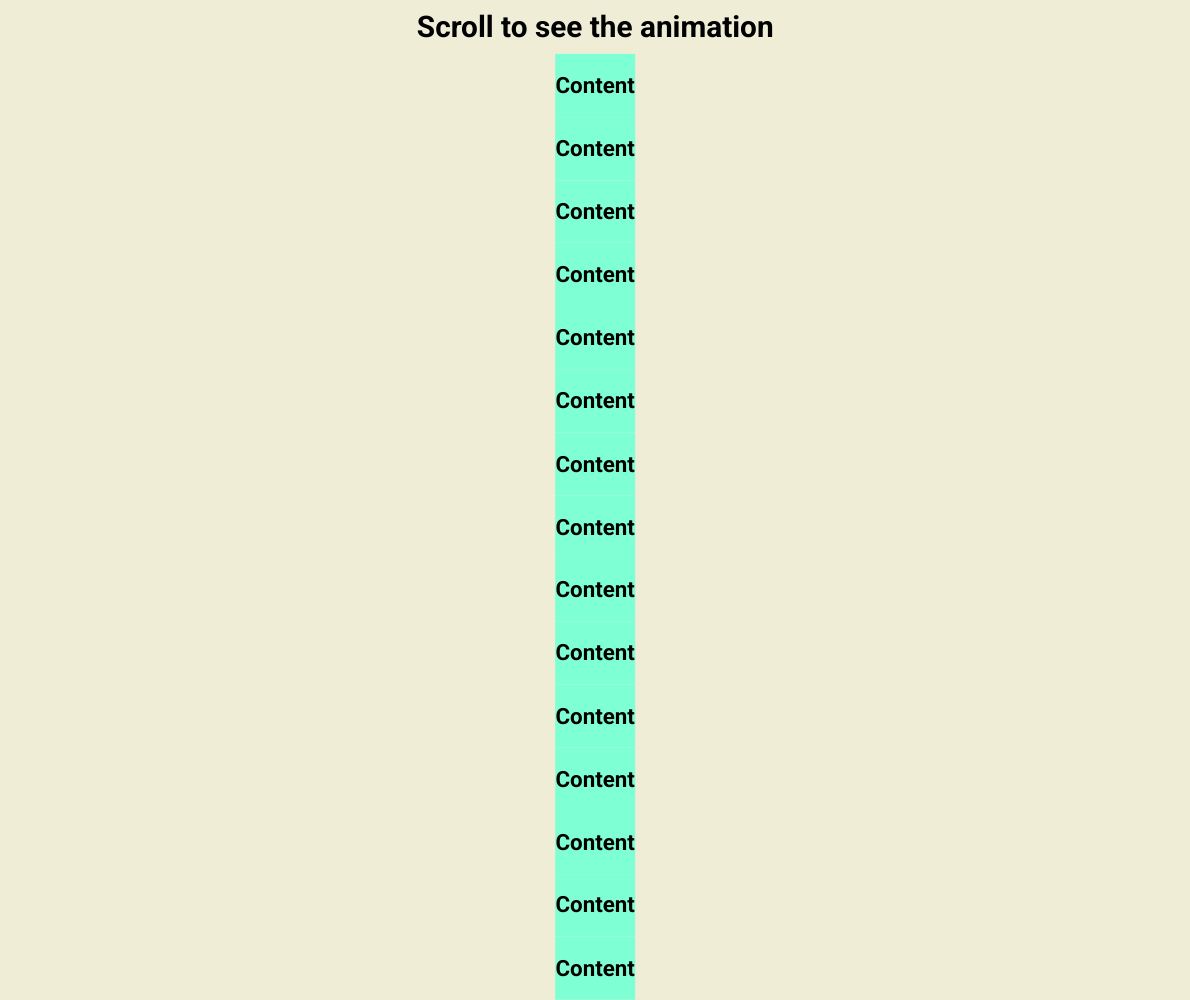
Repository: MMXiaohang/50projects50days-copy
Page: 6-scroll-animation/1-index.html
These files come from the project's save history. The page is drawn as it stood at one moment and after the next save; the edit follows.
The browser window is 1280 px wide. The pictures show the whole page, at 93% of full size.

Above is the page before, as saved 2022-06-20 16:06:58.

After the next save:
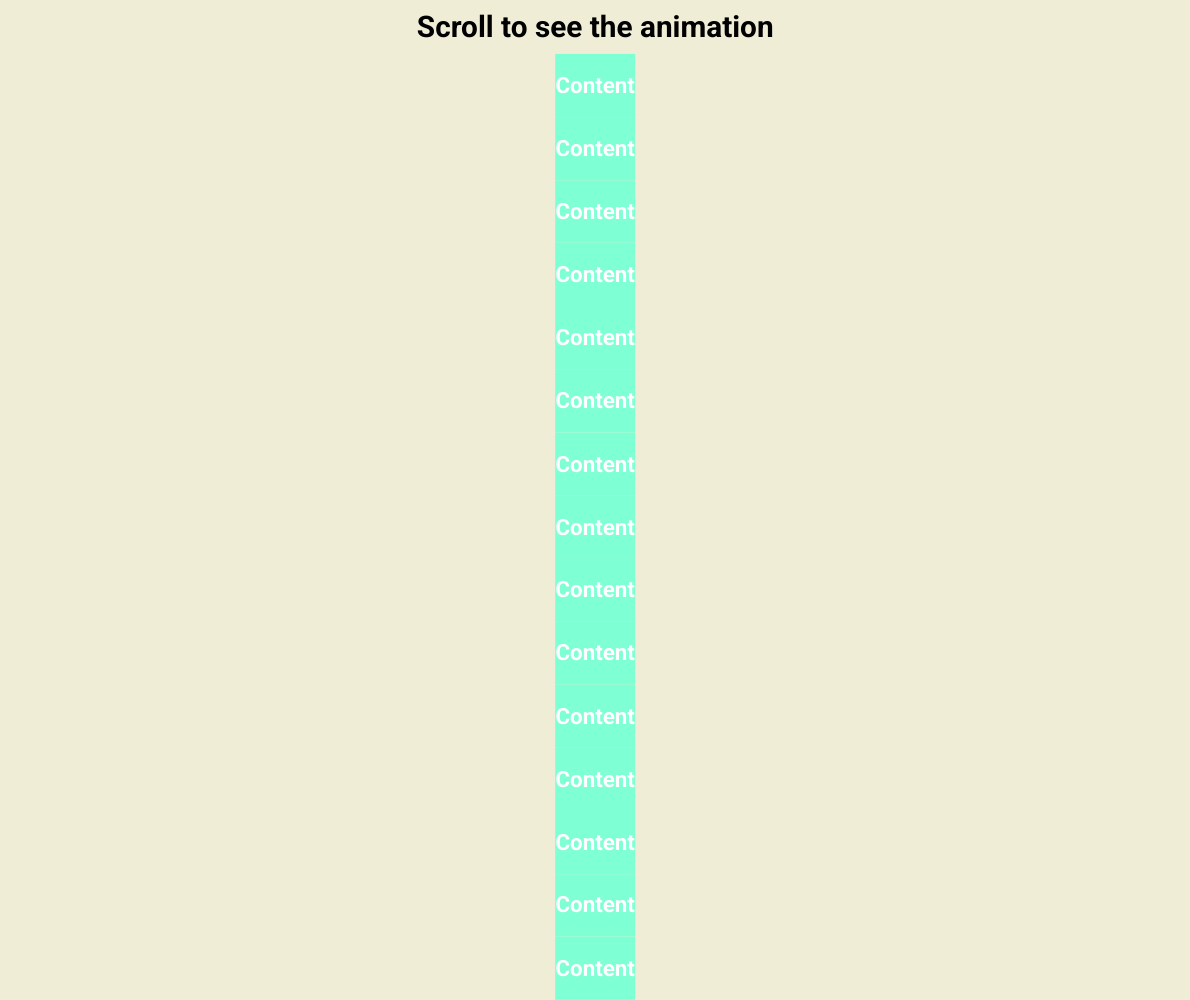
Saved 26 s later.
--- a/6-scroll-animation/1-style.css
+++ b/6-scroll-animation/1-style.css
@@ -21,4 +21,7 @@
 
 .box{
     background-color: aquamarine;
+    color:#fff;
+    display: grid;
+    place-items: center;
 }
